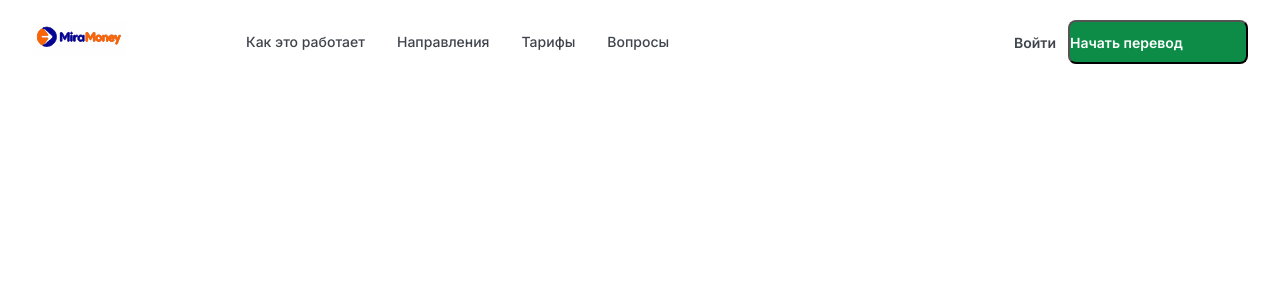
Repository: Shaiyr1/mira-money
Page: index.html
These files come from the project's save history. The page is drawn as it stood at one moment and after the next save; the edit follows.
The browser window is 1280 px wide. The pictures show the whole page.

Above is the page before, as saved 2026-10-19 16:54:40.

After the next save:
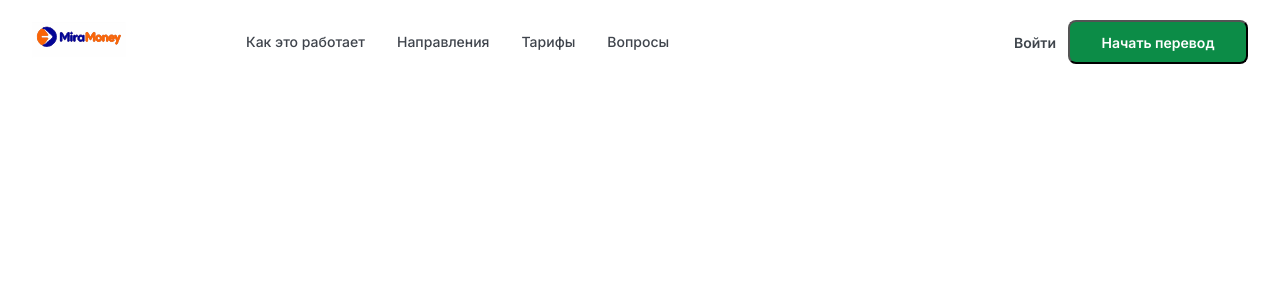
Saved 11 s later.
--- a/src/css/style.css
+++ b/src/css/style.css
@@ -60,8 +60,6 @@
     height: 44px;
     border-radius: 8px;
     color: #ffffff;
-    text-align: left;
-    vertical-align: text-top;
     font-size: 14px;
     font-family: Inter;
     font-weight: 600;
